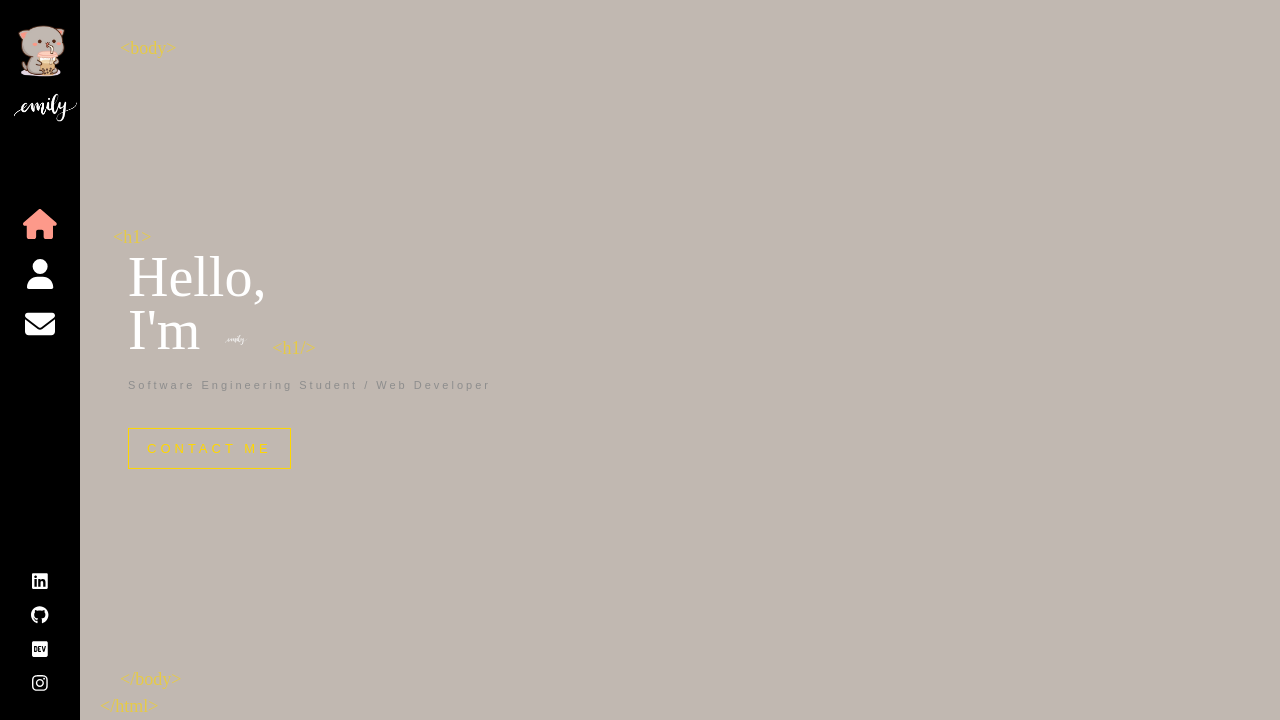
Repository: emilywcai/emilywcai.github.io
Page: / (app in personal-portfolio/)
An editor plug-in stored every save of this project. The page is shown before and after the next save, followed by the edit.
The browser window is 1280 px wide. The pictures show the whole page.
The project was rebuilt for these pictures with package versions that can differ from the ones it lists, and the page was loaded fresh each time.

Above is the page before, as saved 2022-08-03 14:14:10.

After the next save:
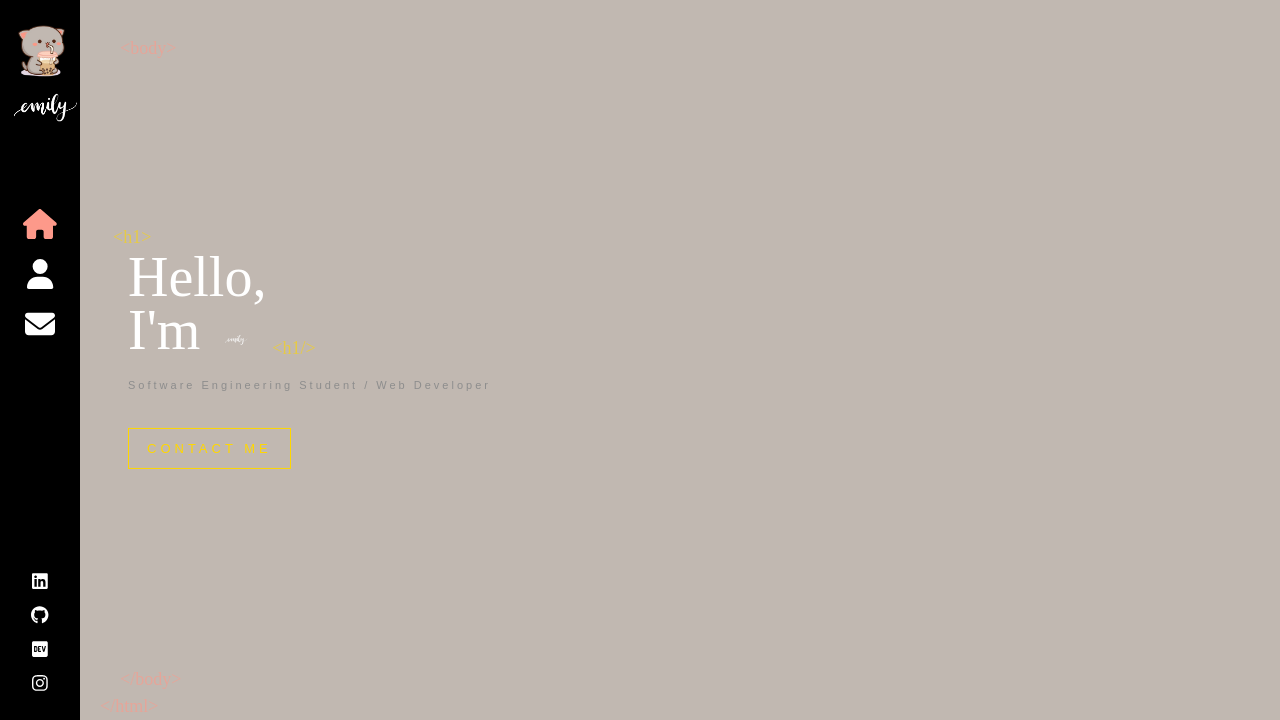
Saved 29 s later.
--- a/personal-portfolio/src/components/Layout/index.scss
+++ b/personal-portfolio/src/components/Layout/index.scss
@@ -10,7 +10,7 @@
 }
 
 .tags {
-  color: #ffd700;
+  color: #fd998a;
   opacity: 0.6;
   position: absolute;
   bottom: 0;
